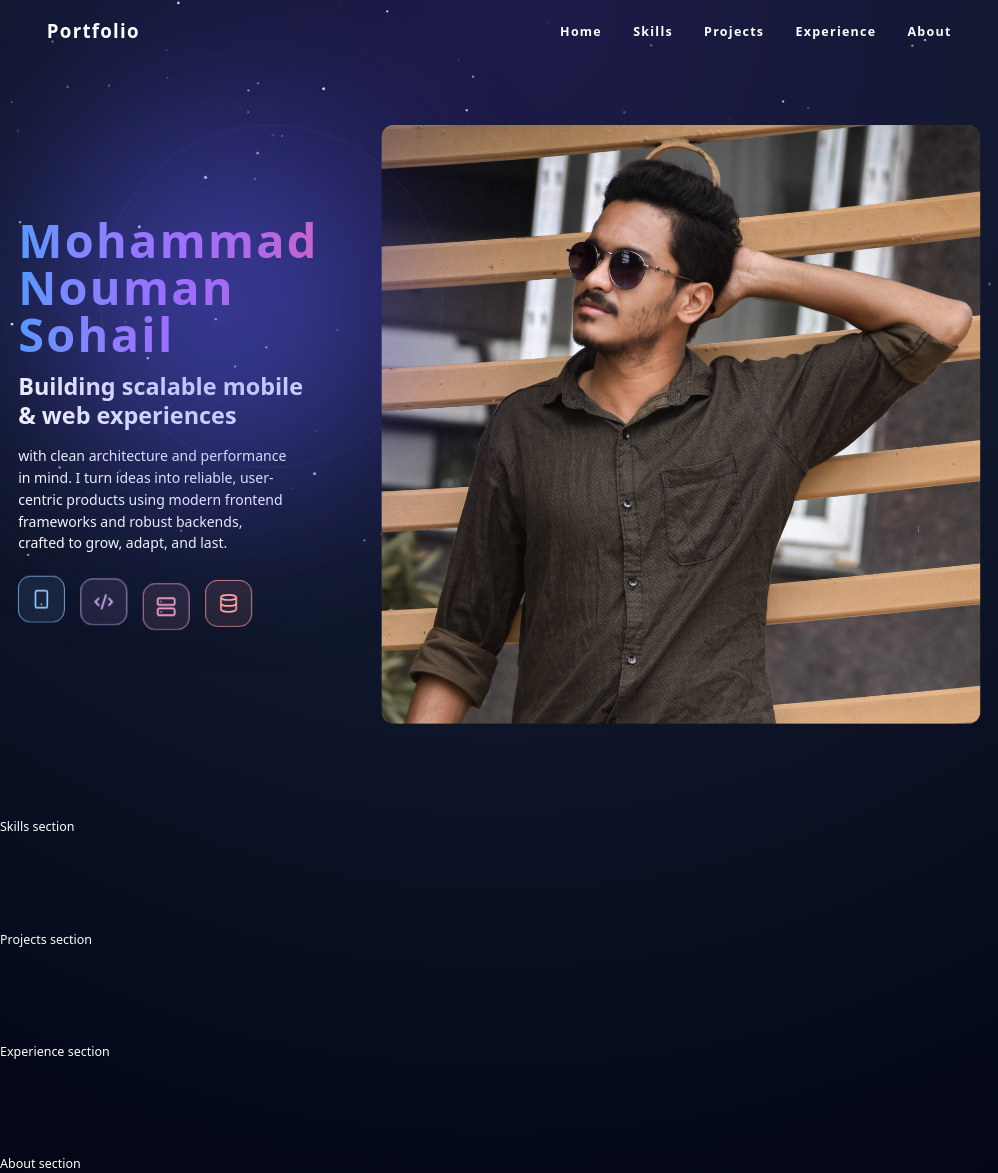
Repository: NoumanSohail/Nouman-Sohail-Portfolio
Page: /
The author's editor kept a copy of each file at every save. The page is drawn from the files as they stood at one save, then again after the next save.
The browser window is 1280 px wide. The pictures show the whole page, at 78% of full size.
The project was rebuilt for these pictures with package versions that can differ from the ones it lists, and the page was loaded fresh each time. The framework's server and built-in components were replaced by stand-ins that run in the browser. Also part of the build but not shown: next.config.ts.

Above is the page before, as saved 2026-01-24 19:48:59.

### app/layout.tsx
import type { Metadata } from "next";
import { Geist, Geist_Mono } from "next/font/google";
import "./globals.css";
import Navbar from "./components/header/Navbar";
import StarBackground from "./components/ui/StarBackground";

const geistSans = Geist({
  variable: "--font-geist-sans",
  subsets: ["latin"],
});

const geistMono = Geist_Mono({
  variable: "--font-geist-mono",
  subsets: ["latin"],
});

export const metadata: Metadata = {
  title: "Create Next App",
  description: "Generated by create next app",
};

export default function RootLayout({
  children,
}: Readonly<{
  children: React.ReactNode;
}>) {
  return (
    <html lang="en">
      <body
        className={`${geistSans.variable} ${geistMono.variable} antialiased`}
      >
        <StarBackground />
        <Navbar />
        {children}
      </body>
    </html>
  );
}

### app/page.tsx
import React from 'react'
import Hero from './components/sections/Hero'
import Skills from './components/sections/Skills'
import Projects from './components/sections/Projects'
import Experience from './components/sections/Experience'
import About from './components/sections/About'

const page = () => {
  return (
    <div>
      <Hero />
      <Skills />
      <Projects />
      <Experience />
      <About />
    </div>
  )
}

export default page

### app/globals.css
@import "tailwindcss";

html {
  scroll-behavior: smooth;
}

body {
  overflow-x: hidden;
  position: relative;
  background: radial-gradient(circle at 50% 0%, #1e1b4b, #0f172a, #020617);
  min-height: 100vh;
}

### app/components/header/Navbar.tsx
"use client";

import { useEffect, useState } from "react";
import { navLinks } from "@/app/data";
import Link from "next/link";
import { Menu, X } from "lucide-react";

const Navbar = () => {
  const [isScrolled, setIsScrolled] = useState(false);
  const [menuOpen, setMenuOpen] = useState(false);

  useEffect(() => {
    const handleScroll = () => setIsScrolled(window.scrollY > 20);
    window.addEventListener("scroll", handleScroll);
    return () => window.removeEventListener("scroll", handleScroll);
  }, []);

  return (
    <header
      className={`fixed top-0 left-0 right-0 z-50 transition-all ${
        isScrolled
          ? "bg-transparent backdrop-blur-md border-b border-white/20 shadow-lg py-3"
          : "bg-transparent py-6"
      }`}
    >
      <div className="w-full mx-auto max-w-384 flex items-center justify-between px-5 md:px-10 lg:px-15 text-white tracking-widest">
        <h1 className="font-bold text-2xl">Portfolio</h1>

        {/* large displays like laptops */}
        <nav className="hidden lg:flex">
          {navLinks.map((links) => (
            <div key={links.name} className="flex ml-10 font-semibold">
              <Link href={links.id}>{links.name}</Link>
            </div>
          ))}
        </nav>

        {/* Mobile Hamburger */}
        <div className="lg:hidden flex items-center justify-center">
          <button
            onClick={() => setMenuOpen(!menuOpen)}
            className="text-zinc-400"
          >
            <Menu size={30} />
          </button>
        </div>

        {menuOpen && (
          <div className="fixed inset-0 h-screen flex justify-end bg-black/40 backdrop-blur-sm">
            <div className="relative h-full w-[60%] bg-[#0f172a] text-white flex items-center transition-transform duration-300 translate-x-0">
              <button
                onClick={() => setMenuOpen(false)}
                className={`absolute top right-5 md:right-10 text-white ${isScrolled ? "top-3" : "top-6"}`}
              >
                <X size={30} />
              </button>

              <nav className="flex flex-col p-10 gap-10 mt-20">
                {navLinks.map((links) => (
                  <Link
                    key={links.name}
                    href={links.id}
                    onClick={() => setMenuOpen(false)}
                    className="font-semibold"
                  >
                    {links.name}
                  </Link>
                ))}
              </nav>
            </div>
          </div>
        )}
      </div>
    </header>
  );
};

export default Navbar;

### app/components/ui/StarBackground.tsx
"use client";

import { useEffect, useRef } from "react";

const StarBackground = () => {
  const canvasRef = useRef<HTMLCanvasElement | null>(null);

  useEffect(() => {
    const canvas = canvasRef.current;
    if (!canvas) return;

    const ctx = canvas.getContext("2d");
    if (!ctx) return;

    let stars: any[] = [];
    const STAR_COUNT = 120;

    const resize = () => {
      canvas.width = window.innerWidth;
      canvas.height = window.innerHeight;
    };

    resize();
    window.addEventListener("resize", resize);

    // Create stars
    stars = Array.from({ length: STAR_COUNT }).map(() => ({
      x: Math.random() * canvas.width,
      y: Math.random() * canvas.height,
      radius: Math.random() * 1.5 + 0.5,
      speed: Math.random() * 0.3 + 0.1,
      opacity: Math.random(),
    }));

    const animate = () => {
      ctx.clearRect(0, 0, canvas.width, canvas.height);

      stars.forEach((star) => {
        star.y += star.speed;
        if (star.y > canvas.height) {
          star.y = 0;
          star.x = Math.random() * canvas.width;
        }

        ctx.beginPath();
        ctx.arc(star.x, star.y, star.radius, 0, Math.PI * 2);
        ctx.fillStyle = `rgba(255,255,255,${star.opacity})`;
        ctx.fill();
      });

      requestAnimationFrame(animate);
    };

    animate();

    return () => window.removeEventListener("resize", resize);
  }, []);

  return (
    <canvas
      ref={canvasRef}
      className="fixed inset-0 pointer-events-none -z-10"
    />
  );
};

export default StarBackground;

### app/components/sections/Hero.tsx
import { personaldetails } from "@/app/data";
import Image from "next/image";
import me from "@/public/images/me.jpg";
import { Code2, Database, Server, Smartphone } from "lucide-react";

const Hero = () => {
  return (
    <section
      id="home"
      className="scroll-mt-40 scroll-smooth w-full mx-auto max-w-384 px-5 md:px-10 lg:px-15 text-white mt-30 md:mt-40 h-fit"
    >
      {/* Central Glowing Orb */}
      <div className="absolute w-[35%] h-[35%] bg-indigo-500 rounded-full blur-[120px] opacity-40 animate-pulse [animation-delay:600ms]" />
      {/* Orbiting Elements */}
      <div className="absolute left-[10%] w-50 h-50 md:w-110 md:h-110 border border-white/5 rounded-full animate-spin [animation-duration:20s]" />

      <div className="flex flex-col lg:flex-row items-center justify-center gap-7 lg:gap-20 text-center lg:text-start">
        <div className="flex flex-col gap-5">
          <h1 className="font-black text-4xl lg:text-6xl tracking-wider text-balance text-transparent bg-clip-text bg-linear-to-r from-blue-400 via-purple-400 to-pink-400">
            {personaldetails.name}
          </h1>
          <h2 className="font-semibold text-2xl lg:text-3xl">
            {personaldetails.tagline}
          </h2>
          <p className="lg:text-lg lg:text-balance">
            {personaldetails.statement}
          </p>

          <div className="flex gap-5 mt-5 items-center justify-center lg:items-start lg:justify-start">
            <Smartphone
              size={60}
              className="p-4 border rounded-2xl backdrop-blur-xs bg-blue-300/10 hover:scale-110
                        border-blue-300  hover:border-blue-300 text-blue-300 hover:text-blue-300
                        transition-all duration-300 animate-bounce [animation-delay:0ms]"
            />
            <Code2
              size={60}
              className="p-4 border rounded-2xl backdrop-blur-xs bg-purple-300/10 hover:scale-110
                        border-purple-300 hover:border-purple-300 text-purple-300 hover:text-purple-300
                        transition-all duration-300 animate-bounce [animation-delay:100ms]"
            />
            <Server
              size={60}
              className="p-4 border rounded-2xl backdrop-blur-xs bg-pink-300/10 hover:scale-110
                        border-pink-300 hover:border-pink-300 text-pink-300 hover:text-pink-300
                        transition-all duration-300 animate-bounce [animation-delay:200ms]"
            />
            <Database
              size={60}
              className="p-4 border rounded-2xl backdrop-blur-xs bg-red-300/10 hover:scale-110
                        border-red-300 hover:border-red-300 text-red-300 hover:text-red-300
                        transition-all duration-300 animate-bounce [animation-delay:300ms]"
            />
          </div>
        </div>

        <Image
          src={me}
          alt={personaldetails.name}
          height={350}
          width={350}
          className="rounded-2xl lg:h-3xl lg:w-3xl"
        />
      </div>
    </section>
  );
};

export default Hero;

### app/components/sections/Skills.tsx

const Skills = () => {
  return (
    <section id="skills" className="h-fit">
      <div className="text-white pt-30">Skills section</div>
    </section>
  );
};

export default Skills;

### app/components/sections/Projects.tsx

const Projects = () => {
  return (
    <section id="projects" className="h-fit">
      <div className="text-white pt-30">Projects section</div>
    </section>
  )
}

export default Projects

### app/components/sections/Experience.tsx

const Experience = () => {
  return (
    <section id="experience" className="h-fit">
      <div className="text-white pt-30">Experience section</div>
    </section>
  );
};

export default Experience;

### app/components/sections/About.tsx

const About = () => {
  return (
    <section id="about" className="h-fit">
      <div className="text-white pt-30">About section</div>
    </section>
  )
}

export default About

### app/data.tsx
export const navLinks = [
  { name: "Home", id: "/#home" },
  { name: "Skills", id: "/#skills" },
  { name: "Projects", id: "/#projects" },
  { name: "Experience", id: "/#experience" },
  { name: "About", id: "/#about" },
];

export const personaldetails = {
  name: "Mohammad Nouman Sohail",
  role: "Full Stack Mobile & Web Developer",
  tagline: "Building scalable mobile & web experiences",
  statement:
    "with clean architecture and performance in mind. I turn ideas into reliable, user-centric products using modern frontend frameworks and robust backends, crafted to grow, adapt, and last.",
};

After the next save:
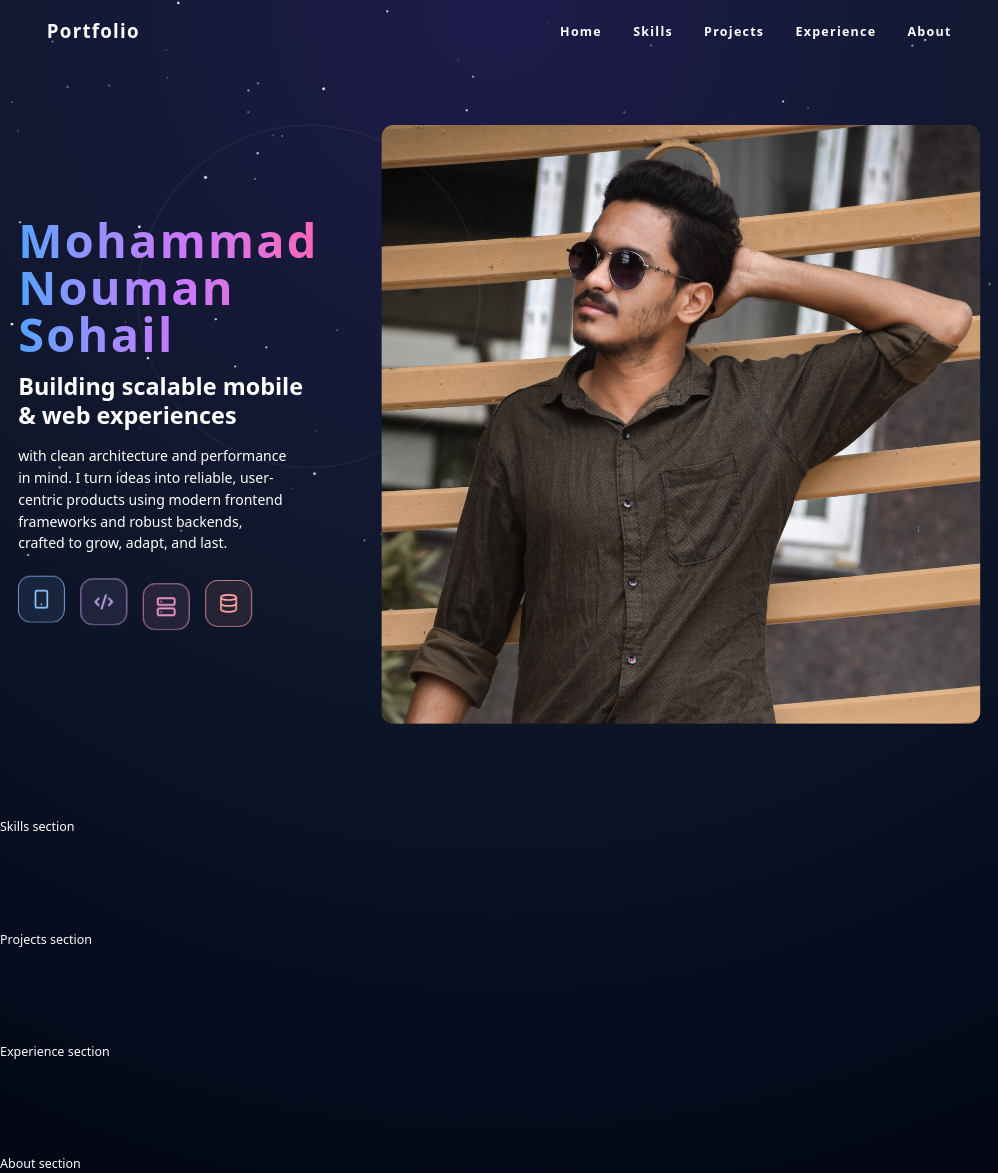
Saved 2 min 53 s later.
--- a/app/components/sections/Hero.tsx
+++ b/app/components/sections/Hero.tsx
@@ -9,10 +9,29 @@ const Hero = () => {
       id="home"
       className="scroll-mt-40 scroll-smooth w-full mx-auto max-w-384 px-5 md:px-10 lg:px-15 text-white mt-30 md:mt-40 h-fit"
     >
-      {/* Central Glowing Orb */}
-      <div className="absolute w-[35%] h-[35%] bg-indigo-500 rounded-full blur-[120px] opacity-40 animate-pulse [animation-delay:600ms]" />
-      {/* Orbiting Elements */}
-      <div className="absolute left-[10%] w-50 h-50 md:w-110 md:h-110 border border-white/5 rounded-full animate-spin [animation-duration:20s]" />
+      <div className="relative w-full h-full">
+        {/* 🔮 Glowing Orb (UNDER the circle) */}
+        <div
+          className="absolute inset-0 mx-auto my-auto
+               w-[35%] h-[35%]
+               bg-indigo-500 rounded-full
+               blur-[140px] opacity-40
+               animate-pulse
+               [animation-delay:600ms]
+               [animation-duration:2.5s]
+               -z-10"
+        />
+
+        {/* 🌀 Orbiting Circle (ON TOP) */}
+        <div
+          className="absolute left-[10%]
+               w-50 h-50 md:w-110 md:h-110
+               border border-white/10 rounded-full
+               animate-spin
+               [animation-duration:20s]
+               z-10"
+        />
+      </div>
 
       <div className="flex flex-col lg:flex-row items-center justify-center gap-7 lg:gap-20 text-center lg:text-start">
         <div className="flex flex-col gap-5">
